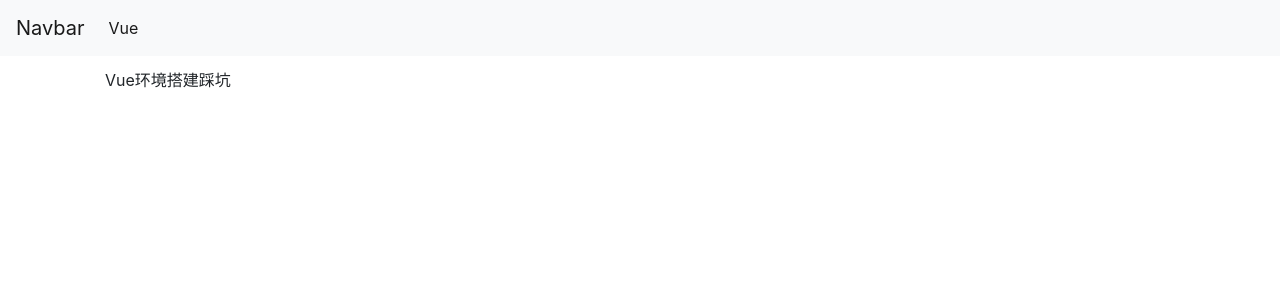
Repository: gudufun/gudufun.github.io
Page: index.html
These files come from the project's save history. The page is drawn as it stood at one moment and after the next save; the edit follows.
The browser window is 1280 px wide. The pictures show the whole page.

Above is the page before, as saved 2018-12-06 19:55:24.
Console error: TypeError: Cannot read properties of undefined (reading 'fn')

### index.html
<!DOCTYPE html>
<html>

<head>
    <meta charset="utf-8" />
    <meta http-equiv="X-UA-Compatible" content="IE=edge">
    <title>孤独典范</title>
    <meta name="viewport" content="width=device-width, initial-scale=1">
    <link rel="stylesheet" href="./css/bootstrap/bootstrap.min.css">
</head>

<body>
    <nav class="navbar navbar-expand-lg navbar-light bg-light">
        <a class="navbar-brand" href="#">Navbar</a>
        <button class="navbar-toggler" type="button" data-toggle="collapse" data-target="#navbarNavAltMarkup"
            aria-controls="navbarNavAltMarkup" aria-expanded="false" aria-label="Toggle navigation">
            <span class="navbar-toggler-icon"></span>
        </button>
        <div class="collapse navbar-collapse" id="navbarNavAltMarkup">
            <div class="navbar-nav">
                <a class="nav-item nav-link active" href="/pages/vue.html">Vue</a>
            </div>
        </div>
    </nav>
    <div class="container">
        <ul class="list-group list-group-flush">
            <li class="list-group-item">Vue环境搭建踩坑</li>
        </ul>
    </div>
</body>
<script src="./js/bootstrap/bootstrap.min.js"></script>

</html>

Loaded but not shown: css/bootstrap/bootstrap.min.css (library); js/bootstrap/bootstrap.min.js (library)

After the next save:
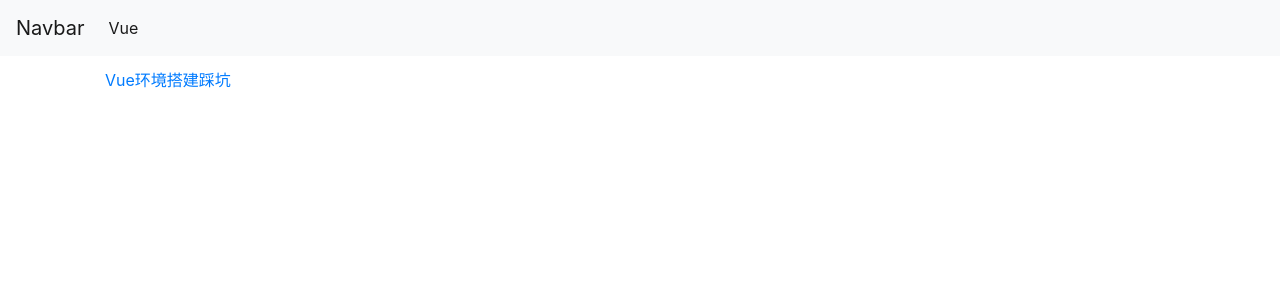
Saved 13 s later.
--- a/index.html
+++ b/index.html
@@ -24,7 +24,7 @@
     </nav>
     <div class="container">
         <ul class="list-group list-group-flush">
-            <li class="list-group-item">Vue环境搭建踩坑</li>
+            <li class="list-group-item"><a href="">Vue环境搭建踩坑</a></li>
         </ul>
     </div>
 </body>
